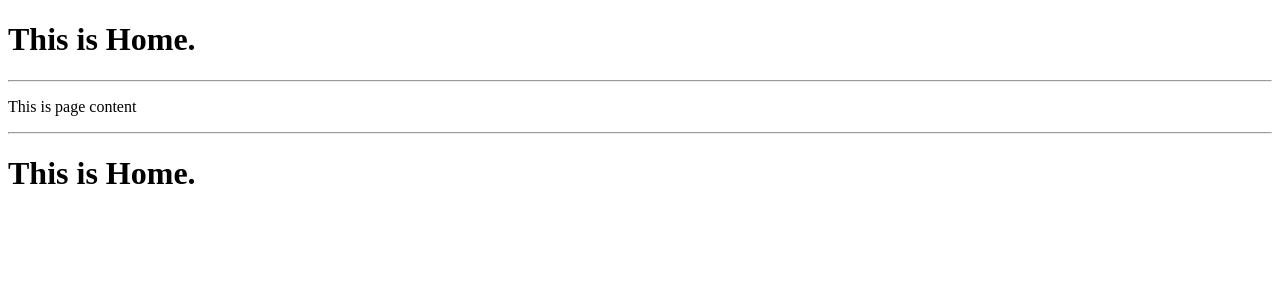
Repository: mrhpn/JavaEE--JSP-SERVLET
Page: http://localhost/JSP_JSTL/include-demo-home1.jsp
The author's editor kept a copy of each file at every save. The page is drawn from the files as they stood at one save, then again after the next save.
The browser window is 1280 px wide. The pictures show the whole page.
The page is served by Tomcat 9.

Above is the page before, as saved 2021-04-01 06:48:55.

### JSP_JSTL/WebContent/include-demo-home1.jsp
<%@ page language="java" contentType="text/html; charset=ISO-8859-1"
    pageEncoding="ISO-8859-1"%>
<!DOCTYPE html>
<html>
<head>
<meta charset="ISO-8859-1">
<title>Home 1</title>
</head>
<body>
	<jsp:include page="include-demo-header.jsp"></jsp:include>
	<hr>
	<p>This is page content</p>
	<hr>
	<jsp:include page="include-demo-header.jsp"></jsp:include>
</body>
</html>

### JSP_JSTL/WebContent/include-demo-header.jsp
<%@ page language="java" contentType="text/html; charset=ISO-8859-1"
    pageEncoding="ISO-8859-1"%>
<!DOCTYPE html>
<html>
<head>
<meta charset="ISO-8859-1">
<title>Insert title here</title>
</head>
<body>
	<header>
		<h1>This is Home.</h1>
	</header>
</body>
</html>

### JSP_JSTL/WebContent/include-demo-footer.jsp
<%@ page language="java" contentType="text/html; charset=ISO-8859-1"
    pageEncoding="ISO-8859-1"%>
<!DOCTYPE html>
<html>
<head>
<meta charset="ISO-8859-1">
<title>Insert title here</title>
</head>
<body>
	<footer>
		<p>This is footer.</p>
	</footer>
</body>
</html>

After the next save:
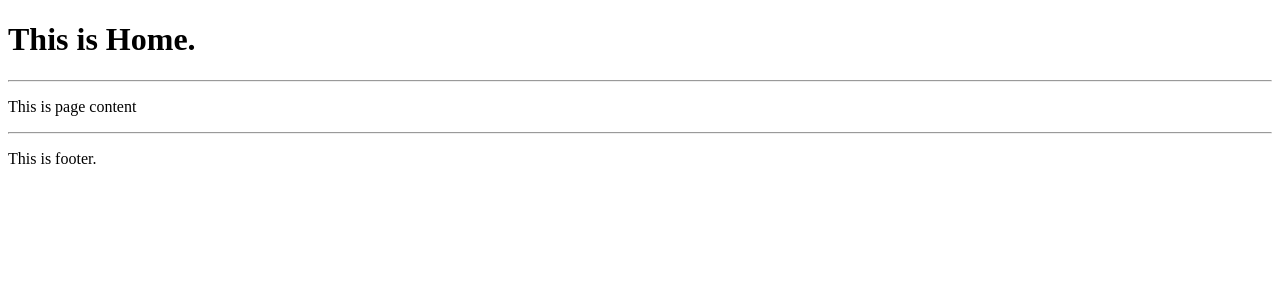
Saved 5 s later.
--- a/JSP_JSTL/WebContent/include-demo-home1.jsp
+++ b/JSP_JSTL/WebContent/include-demo-home1.jsp
@@ -11,6 +11,6 @@
 	<hr>
 	<p>This is page content</p>
 	<hr>
-	<jsp:include page="include-demo-header.jsp"></jsp:include>
+	<jsp:include page="include-demo-footer.jsp"></jsp:include>
 </body>
 </html>
